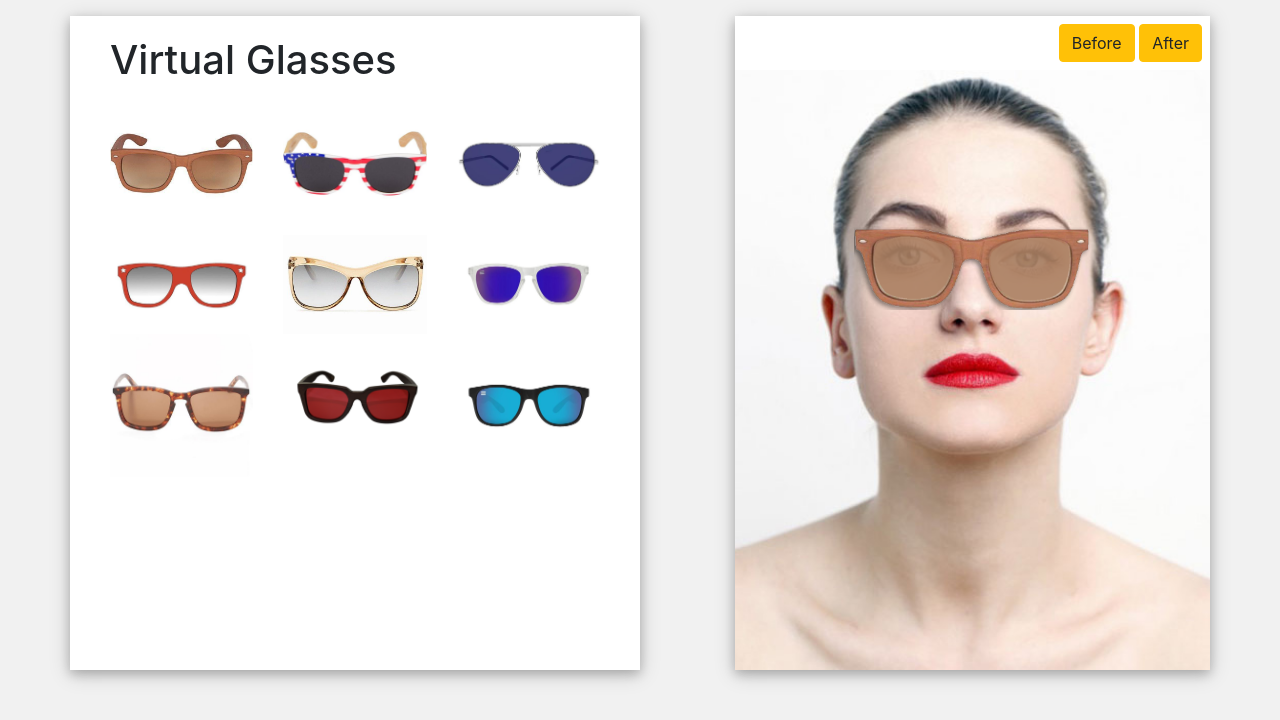
Repository: Khoi300399/BC35E_ES6_B2_MaThanhKhoi
Page: index.html
An editor plug-in stored every save of this project. The page is shown before and after the next save, followed by the edit.
The browser window is 1280 px wide. The pictures show the whole page.

Above is the page before, as saved 2022-10-21 18:31:46.

After the next save:
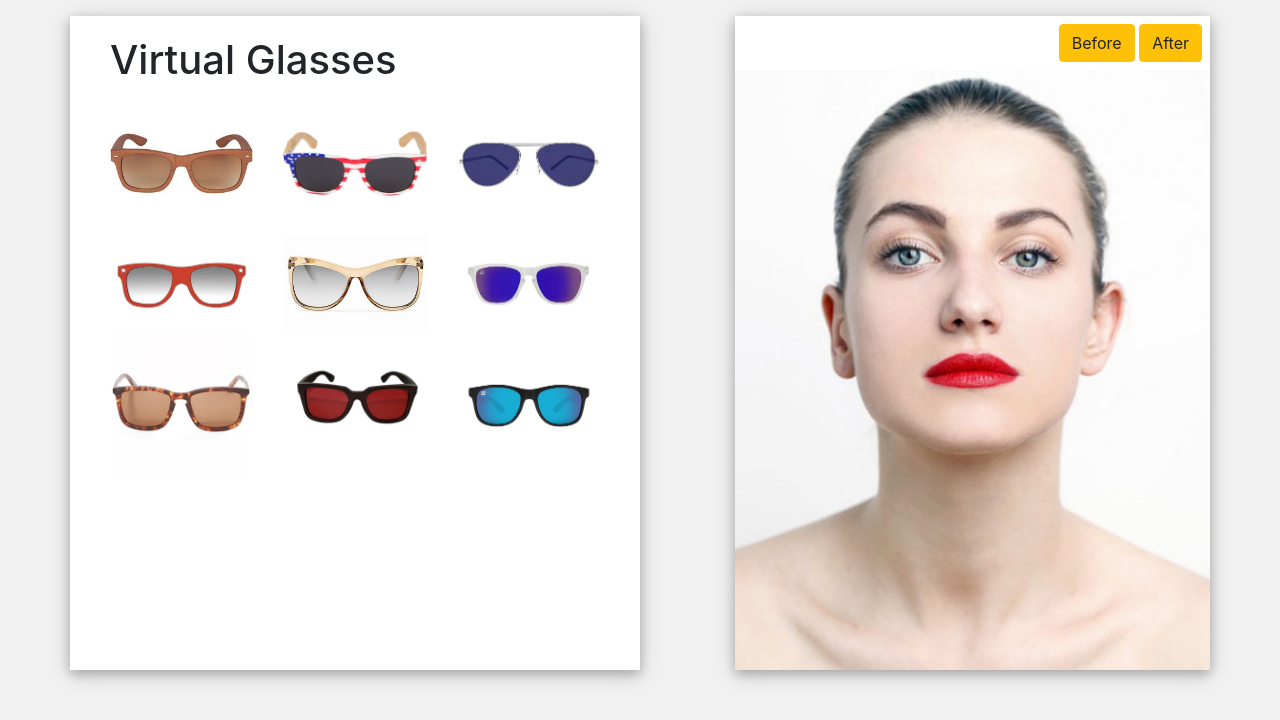
Saved 2 h 25 min later.
--- a/index.html
+++ b/index.html
@@ -42,9 +42,7 @@
                 After
               </button>
             </div>
-            <div class="vglasses__model" id="avatar">
-              <img src="./img/v1.png" alt="" />
-            </div>
+            <div class="vglasses__model" id="avatar"></div>
             <div id="glassesInfo" class="vglasses__info"></div>
           </div>
         </div>
